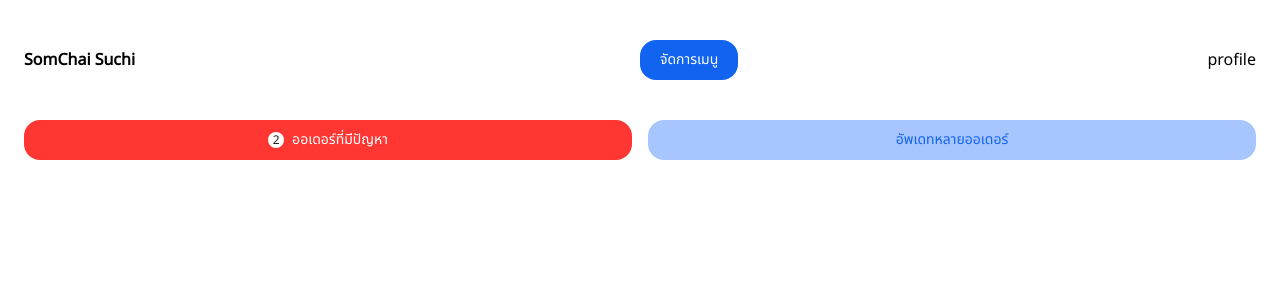
Repository: Pingping1004/food-ordering
Page: / (app in frontend/)
The author's editor kept a copy of each file at every save. The page is drawn from the files as they stood at one save, then again after the next save.
The browser window is 1280 px wide. The pictures show the whole page.
The project was rebuilt for these pictures with package versions that can differ from the ones it lists, and the page was loaded fresh each time. The framework's server and built-in components were replaced by stand-ins that run in the browser. Also part of the build but not shown: frontend/next.config.ts.

Above is the page before, as saved 2025-06-04 05:43:45.

### frontend/src/app/layout.tsx
import type { Metadata } from "next";
import { Geist, Geist_Mono } from "next/font/google";
import "./globals.css";

const geistSans = Geist({
  variable: "--font-geist-sans",
  subsets: ["latin"],
});

const geistMono = Geist_Mono({
  variable: "--font-geist-mono",
  subsets: ["latin"],
});

export const metadata: Metadata = {
  title: "Create Next App",
  description: "Generated by create next app",
};

export default function RootLayout({
  children,
}: Readonly<{
  children: React.ReactNode;
}>) {
  return (
    <html lang="en">
      <head>
        {/* // Poppins google font api connected */}
          <link rel="preconnect" href="https://fonts.googleapis.com" />
          <link
              rel="preconnect"
              href="https://fonts.gstatic.com"
              crossOrigin="anonymous"
          />

          {/* // Poppins google font api connected */}
          <link href='https://fonts.googleapis.com/css?family=Noto Sans Thai' rel='stylesheet'></link>
      </head>
      <body
        className={`${geistSans.variable} ${geistMono.variable} antialiased`}
      >
        {children}
      </body>
    </html>
  );
}

### frontend/src/app/page.tsx
import { Button } from "@/components/Button";
import CookerHeader from "@/components/cookers/Header";
import { NumberIssued } from "@/components/NumberIssue";

export default function CookerHomePage() {
  return (
    <div className="py-10 px-6">
      <CookerHeader />
      <section className="grid grid-cols-2 py-10 gap-4">
        <Button
          variant="danger"
          size="md"
          className="flex items-center justify-between"
          icon={<NumberIssued issuedOrder={2} />}
        >
          ออเดอร์ที่มีปัญหา
        </Button>
        <Button
          variant="secondary"
          size="md"
          className="flex items-center justify-between"
        >อัพเดทหลายออเดอร์</Button>
      </section>
    </div>
  );
}

### frontend/src/app/globals.css
@import "tailwindcss";

body {
  font-family: 'Poppins', 'Noto Sans Thai', sans-serif;
}

:root {
  --background: #ffffff;
  --foreground: #171717;
}

@theme inline {
  --color-background: var(--background);
  --color-foreground: var(--foreground);
  --font-sans: var(--font-geist-sans);
  --font-mono: var(--font-geist-mono);
}

@theme {
    --color-danger-main: #FF3632;
    --color-danger-light: #FFB2B0;
    --color-primary-main: #1263F0;
    --color-primary-light: #A7C6FF;
}

@media (prefers-color-scheme: dark) {
  :root {
    --background: #0a0a0a;
    --foreground: #ededed;
  }
}

.bg-primary {
    background-color: #1263F0;
}

.text-primary {
  color: #1E1E1E;
}

.text-secondary {
  color: #1E1E1E;
  opacity: 0.75;
}

.text-tertiary {
  color: #1E1E1E;
  opacity: 0.5;
}
.text-quaternary {
  color: #1E1E1E;
  opacity: 0.25;
}

.poppins-thin {
  font-family: "Poppins", sans-serif;
  font-weight: 100;
  font-style: normal;
}

.poppins-extralight {
  font-family: "Poppins", sans-serif;
  font-weight: 200;
  font-style: normal;
}

.poppins-light {
  font-family: "Poppins", sans-serif;
  font-weight: 300;
  font-style: normal;
}

.poppins-regular {
  font-family: "Poppins", sans-serif;
  font-weight: 400;
  font-style: normal;
}

.poppins-medium {
  font-family: "Poppins", sans-serif;
  font-weight: 500;
  font-style: normal;
}

.poppins-semibold {
  font-family: "Poppins", sans-serif;
  font-weight: 600;
  font-style: normal;
}

.poppins-bold {
  font-family: "Poppins", sans-serif;
  font-weight: 700;
  font-style: normal;
}

.poppins-extrabold {
  font-family: "Poppins", sans-serif;
  font-weight: 800;
  font-style: normal;
}

.poppins-black {
  font-family: "Poppins", sans-serif;
  font-weight: 900;
  font-style: normal;
}

.noto-sans-regular {
  font-family: "Noto Sans Thai", sans-serif;
  font-weight: 400;
  font-style: normal;
}

.noto-sans-bold {
  font-family: "Noto Sans Thai", sans-serif;
  font-weight: 700;
  font-style: normal;
}

### frontend/src/components/Button.tsx
import { cva, VariantProps } from 'class-variance-authority';
import clsx from 'clsx';
import React from 'react';

const button = cva('noto-sans-regular justify-center text-sm', {
    variants: {
        variant: {
            primary: 'bg-primary-main text-white',
            secondary: 'bg-primary-light text-primary-main',
            danger: 'bg-danger-main text-white',
            'secondary-danger': 'bg-danger-light text-danger-main',
        },
        size: {
            md: 'px-5 py-2.5 rounded-2xl',
            lg: 'px-6 py-3 rounded-2xl',
            full: 'w-full py-3 rounded-2xl noto-sans-bold',
            half: 'w-1/2 py-2.5 rounded-2xl',
        },
        disabled: {
            true: 'opacity-50 cursor-not-allowed',
            false: 'cursor-pointer',
        }
    },
    defaultVariants: {
        variant: 'primary',
        size: 'md',
        disabled: false,
    },
});

type ButtonProps = React.ButtonHTMLAttributes<HTMLButtonElement> &
    VariantProps<typeof button> & {
        icon?: React.ReactNode;
        iconPosition?: 'start' | 'end';
    };

export const Button = ({
    className,
    variant,
    size,
    disabled,
    icon,
    iconPosition = 'start',
    children,
    ...props
}: ButtonProps) => {
    return (
        <button className={clsx(button({ variant, size, disabled }), className)} {...props}>
            {icon && iconPosition === 'start' && <span className="flex pr-2">{icon}</span>}
            <span className="flex gap-x-2">{children}</span>
            {icon && iconPosition === 'end' && <span>{icon}</span>}
        </button>
    );
}

### frontend/src/components/cookers/Header.tsx
import React from "react";
import { Button } from "../Button";

export default function CookerHeader() {
    return (
        <>
            <header className="w-full flex items-center">
                <div className="grid grid-cols-2 w-full">
                    <div className="flex items-center">
                        <h1 className="font-bold">SomChai Suchi</h1>
                    </div>

                    <div className="w-full flex justify-between items-center">
                        <Button
                            variant="primary"
                            size="md"
                        >จัดการเมนู</Button>

                        <div>
                            <div className="profile-icon">profile</div>
                        </div>
                    </div>
                </div>
            </header>
        </>
    );
}

### frontend/src/components/NumberIssue.tsx
import React from 'react';

type NumberIssuedProps = {
    issuedOrder: number;
    size?: 'md' | 'lg';
}
export const NumberIssued = ({ issuedOrder, size = 'md' }:NumberIssuedProps) => {
    const sizeClasses = size === 'lg' ? 'w-5 h-5' : 'w-4 h-4';
    return (
        <div className={`flex items-center justify-center w-4 h-4 rounded-full bg-white text-primary text-xs noto-sans-bold${sizeClasses}`}>
            {issuedOrder > 0 ? issuedOrder : 0}
        </div>
    )
}

After the next save:
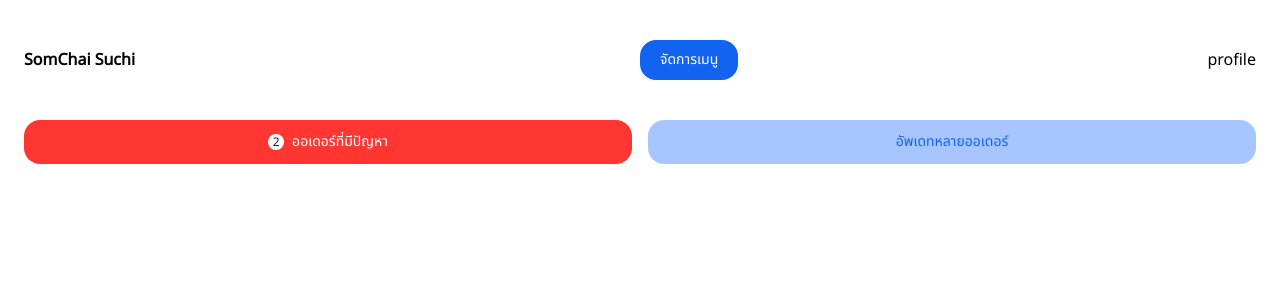
Saved 57 s later.
--- a/frontend/src/app/page.tsx
+++ b/frontend/src/app/page.tsx
@@ -9,7 +9,7 @@ export default function CookerHomePage() {
       <section className="grid grid-cols-2 py-10 gap-4">
         <Button
           variant="danger"
-          size="md"
+          size="lg"
           className="flex items-center justify-between"
           icon={<NumberIssued issuedOrder={2} />}
         >
